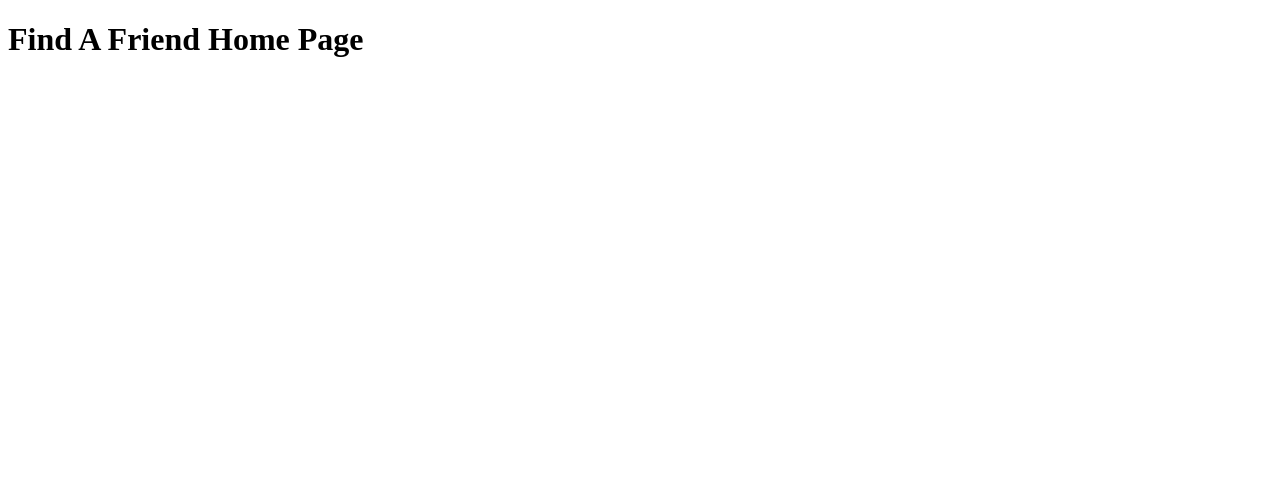
Repository: diazagasatya/NeuralNetwork
Page: http://localhost/FindAFriend/welcome.jsp
An editor plug-in stored every save of this project. The page is shown before and after the next save, followed by the edit.
The browser window is 1280 px wide. The pictures show the whole page.
The page is served by Tomcat 9. Other server files are loaded and not shown.

Above is the page before, as saved 2017-11-13 23:28:34.

### eclipse-workspace/FindAFriend/WebContent/welcome.jsp
<%@ page language="java" contentType="text/html; charset=UTF-8"
    pageEncoding="UTF-8"%>
<!DOCTYPE html PUBLIC "-//W3C//DTD HTML 4.01 Transitional//EN" "http://www.w3.org/TR/html4/loose.dtd">
<html>
<head>
<meta http-equiv="Content-Type" content="text/html; charset=UTF-8">
<title>Insert title here</title>
</head>
<body>
	<h1>Find A Friend Home Page</h1>
</body>
</html>

### eclipse-workspace/FindAFriend/WebContent/friend_finder.css
body {
  font-family: "Avenir Next";
}

li {
  list-style: none;
}

.header {
  background-color: #26d0c9;
  color: #fff;
  height: 90px;
}

.header-logo {
  float: left;
  font-size: 36px;
  padding: 20px 40px;
}

.header-list {
  float: left;
}

.header-list li {
  float: left;
  padding: 33px 20px;
}

.main {
  padding: 100px 80px;
}

.copy-container h1 {
  font-size: 40px;
  height: 100px;
}


.copy-container span {
  color: #ff4a4a;
}

input, textarea{
  width: 400px;
  margin-top: 10px;
  margin-bottom: 30px;
  padding: 20px;
  font-size :18px;

  border: 1px solid #dee7ec;
}

.contact-submit{
  background-color: #dee7ec;
  color: #889eab;
}

.footer {
  background-color: #2f5167;
  color: #fff;
  height: 90px;
  padding: 5px;
}

.footer-logo {
  float: left;
  font-size: 32px;
}

.footer-list {
  float: right;
}

.footer-list li {
  padding: 2px;
}

After the next save:
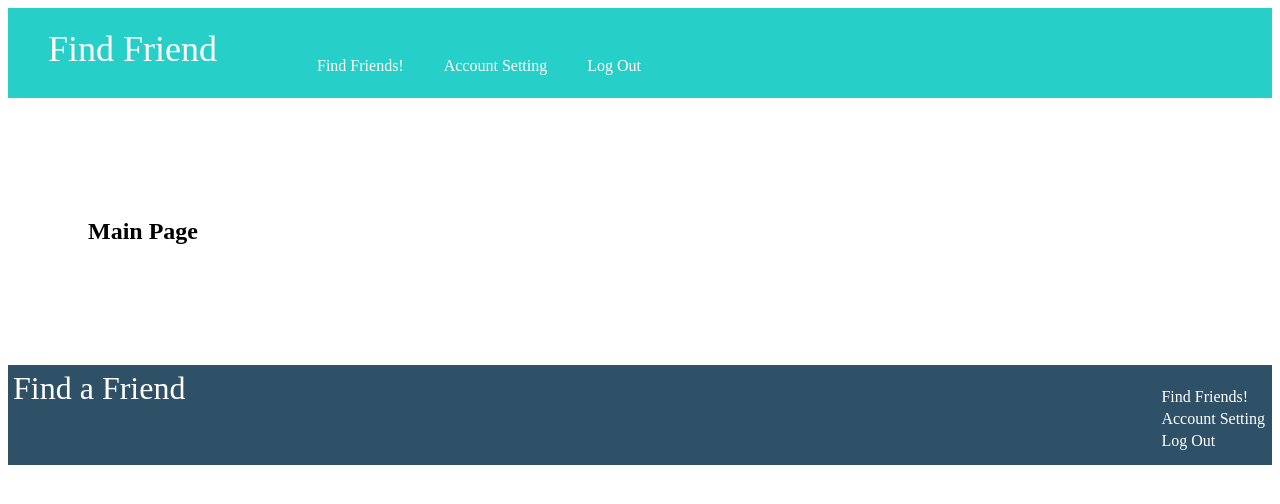
Saved 2 min 55 s later.
--- a/eclipse-workspace/FindAFriend/WebContent/welcome.jsp
+++ b/eclipse-workspace/FindAFriend/WebContent/welcome.jsp
@@ -5,8 +5,35 @@
 <head>
 <meta http-equiv="Content-Type" content="text/html; charset=UTF-8">
 <title>Insert title here</title>
+<link rel="stylesheet" href="friend_finder.css">
 </head>
 <body>
-	<h1>Find A Friend Home Page</h1>
+	<div class="header">
+      <div class="header-logo">Find  Friend</div>
+      <div class="header-list">
+        <ul>
+          <li>Find Friends!</li>
+          <li>Account Setting</li>
+          <li>Log Out</li>
+        </ul>
+      </div>
+    </div>
+
+    <div class="main">
+      <div class="copy-container">
+        <h2>Main Page</h2>
+      </div>
+    </div>
+
+    <div class="footer">
+      <div class="footer-logo">Find a Friend</div>
+      <div class="footer-list">
+        <ul>
+          <li>Find Friends!</li>
+          <li>Account Setting</li>
+          <li>Log Out</li>
+        </ul>
+      </div>
+    </div>
 </body>
 </html>
